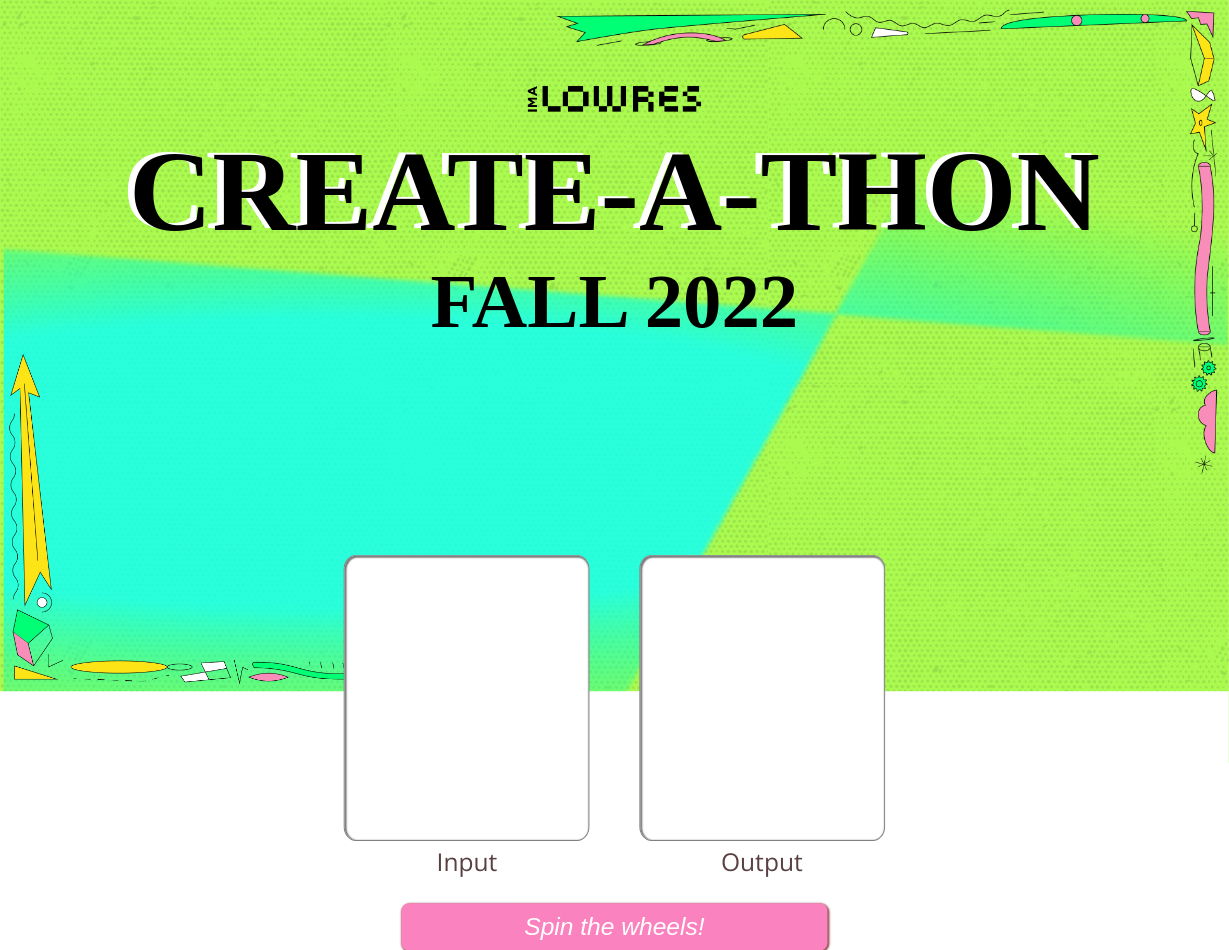
Repository: fakebrianho/IMA-Low-Res-Create-Athon-2022
Page: docs/project-generator/index.html
An editor plug-in stored every save of this project. The page is shown before and after the next save, followed by the edit.
The browser window is 1280 px wide. The pictures show the whole page, at 96% of full size.

Above is the page before, as saved 2022-10-26 23:26:52.
Not found: docs/project-generator/fonts/BildVariableV3-VF.woff
Not found: docs/project-generator/fonts/BildVariableV3-VF.woff2
Not found: docs/project-generator/libraries/p5.dom.js

### docs/project-generator/index.html
<!DOCTYPE html>
<html>

<head>
  <script src="libraries/p5.js"></script>
  <script src="libraries/p5.dom.js"></script>
  <script src="libraries/p5.sound.js"></script>
  <link
    href="https://fonts.googleapis.com/css2?family=Open+Sans:ital,wght@0,300;0,400;0,600;0,700;0,800;1,300;1,400;1,600;1,700;1,800&display=swap"
    rel="stylesheet">
  <link rel="stylesheet" type="text/css" href="style.css">
  <meta charset="utf-8">
  <title>Create-Athon Project Generator</title>
</head>

<body>
  <header>

  </header>

  <section>
    <div id='center-container'>
      <img src="image/lowres_logo_black.png" style="max-width: 200px">
      <h1>Create-a-Thon</h1>
      <h2>Fall 2022</h2>
    </div>
    <div id="wheel-container">

      <div class="prompt" id="input-prompt">
        <div class="changing-segment">
          <div id="inputs">
          </div>
        </div>
        <div class="prompt-label" id="input-label">Input</div>
      </div>

      <div class="prompt" id="output-prompt">
        <div class="changing-segment">
          <div id="outputs">
          </div>
        </div>
        <div class="prompt-label" id="output-label">Output</div>
      </div>

    </div>

    <div id="button-container">
      <button> Spin the wheels! </button>
    </div>

  </section>

  <script src="sketch.js"></script>
  <script src="wheel.js"></script>

</body>

</html>

### docs/project-generator/style.css
@font-face {
	src: url('fonts/BildVariableV3-VF.woff2') format('woff2-variations'),
		url('fonts/BildVariableV3-VF.woff') format('woff');
	font-family: 'Bild Variable V3 Web';
	font-weight: 700 900;
	font-style: normal;
}

html,
body {
	margin: 0;
	padding: 0;
	width: 100%;
	height: 100%;
	box-sizing: border-box;
	font-family: 'Open Sans', sans-serif;
}

section {
	width: 100%;
	height: 100%;
	position: absolute;
	background: url(image/bg_border-top.png), url(image/bg_border-bottom.png),
		url(image/bg_gradient.png), url(image/bg_texture.png), #aafa50;
	background-repeat: no-repeat, no-repeat, no-repeat, repeat;
	background-size: auto 70vh, auto 50vh, 100vw 120vh, 800px auto;
	background-position: right top, left 50vh, left 25vh, 0 0;
}

div {
	text-align: center;
}

h1 {
	font-family: 'Bild Variable V3 Web';
	font-size: 120px;
	font-weight: 900;
	hyphens: true;
	font-synthesis: none;
	text-transform: uppercase;
	text-shadow: -7px -3px #ffffff;
	margin: 0;
	font-variation-settings: 'wdth' 60;
}

h2 {
	font-family: 'Bild Variable V3 Web';
	font-size: 80px;
	font-weight: 700;
	hyphens: true;
	font-synthesis: none;
	margin: 0;
	text-transform: uppercase;
	font-variation-settings: 'wdth' 100;
}
#center-container {
	margin-top: 80px;
}

p {
	position: relative;
	overflow: hidden;
	overflow-x: auto;
}

#wheel-container {
	display: flex;
	justify-content: center;
	margin-top: 15%;
	overflow: hidden;
}

.prompt {
	display: flex;
	flex-direction: column;
	width: 20%;
	padding: 2%;
	text-align: center;
	overflow: hidden;
}

.changing-segment {
	box-shadow: 1px 1px 1.5px 1px #777 inset;
	border-radius: 5%;
	border-style: groove;
	border-color: gray;
	border-width: 1px;
	position: relative;
	overflow: none;
	background-color: #fff;
	color: black;
	height: 17rem;
	padding: 1rem 0 0.5rem 0;
	font-size: 1.2rem;
	line-height: 1.55rem;
}

#inputs,
#outputs {
	padding: 5%;
}

.prompt-label {
	color: #594042;
	margin-top: 0.3rem;
	font-size: 1.6rem;
}

#button-container {
	margin-top: 0%;
	text-align: center;
}

button {
	background: #fa82be;
	/* background: #96c8dc; */
	cursor: pointer;
	box-shadow: 1px 1px 2px 1px rgb(148, 79, 79);
	color: white;
	border-width: 0px;
	border-radius: 0.5rem;
	padding: 0.8% 10% 0.8% 10%;
	font-size: 1.6rem;
	font-weight: 400;
	font-style: italic;
}

### docs/presentation-order/sketch.js
let spinButton;
let data;
let inputWheel, outputWheel;
let clickSound, endSound, gameShow;
let isSpinning = false;
let resourcesAvailable = false;

function preload() {
  data = loadJSON('data/generator.json');
  //sounds are public domain
  clickSound = loadSound('sound/faded_sine.mp3');
  endSound = loadSound('sound/Electronic_Chime-KevanGC-495939803.mp3');
  // maybe not this sound?
  gameShow = loadSound('sound/gameshow_short.mp3');
}

function windowResized(){
  resizeCanvas(windowWidth, windowHeight);
}

function setup() {
  frameRate(60);

  clickSound.setVolume(0.4);
  gameShow.setVolume(0.5);

  inputWheel = new Wheel(
    '#inputs',
    data.input
  );
  outputWheel = new Wheel(
    '#outputs',
    data.output
  );

  spinButton = select('button');
  spinButton.mouseClicked(startSpin);
}

function draw() {

  // workaround, see line 69
  // if (inputWheel.spin) {
  //   // inputWheel.move();
  // }
  if (outputWheel.spin) {
    outputWheel.move();
  }

  if(isSpinning){
    if(inputWheel.difference == 0 && outputWheel.difference == 0){
      endSound.play();
      setTimeout(() => {  gameShow.play(); }, 100);
      isSpinning = false;
    }
  }

}

function startSpin(

  clickEvent,
  targetInput = floor(random(data.input.length)),
  targetOutput = floor(random(data.output.length)),

) {
  isSpinning = true;

  // inputWheel.target = targetInput; // not the target that displays!!
  // inputWheel.spin = true;
  inputWheel.update(targetInput);
  // inputWheel.resetAriaHidden();

  outputWheel.target = targetOutput;
  outputWheel.spin = true;
  outputWheel.resetAriaHidden();

  // console.log(
  //   'make a something where the input is ' +
  //     data.input[targetInput] +
  //     ' and an output is ' +
  //     data.output[targetOutput]
  // );

  // remove data from array here
  console.log(data.input[targetInput]);
  data.input.splice(targetInput, 1);
  console.log(data.input);
}

### docs/project-generator/wheel.js
class Wheel {
    constructor(parentID, data, count = 5, startIndex = 0) {
        this.count = count;
        this.data = data;
        this.numOfCycles = Math.floor(random(2,4));
        this.startIndex = startIndex;
        this.currentIndex = this.startIndex - this.data.length*this.numOfCycles;
        this.parentID = parentID;
        this.elements = [];
        this.position = [];
        this.target = startIndex;
        this.speed = 5;
        this.difference = 0;

        for (let i = 0; i < this.count; i++) {
            this.elements[i] = createP(this.data[(this.startIndex + i - floor(this.count / 2)) % this.data.length]);
            this.elements[i].parent(this.parentID);
            this.elements[i].attribute('aria-hidden', true);
            this.elements[i].style('color', rgbToHex(int(random(120)), int(random(120)), int(random(120))));
            this.position[i] = this.elements[i].position();
            if (i == floor(this.count / 2)) {
                this.elements[i].attribute('aria-hidden', false);
            } else {
                this.elements[i].style('visibility', 'hidden');
            }
        }
        // this feels hacky?
        this.startTop = this.position[0].y;
        this.currTop = parseInt(this.elements[0].style('top'));
        this.distanceBetweenElements = this.position[1].y - this.position[0].y;

        this.spin = false;
    }

    resetAriaHidden() {
        for (let i = 0; i < this.count; i++) {
            this.elements[i].attribute('aria-hidden', true);
            this.elements[i].style('visibility', 'visible');
        }
    }
    move() {
        this.currTop -= this.speed;

        this.difference = int(this.target) - int(this.currentIndex);
        this.speed = 60 * abs((this.difference) % (this.data.length*this.numOfCycles*2)) / (this.data.length*this.numOfCycles*2);

        // console.log(this.data[this.target],this.target, this.currentIndex, this.difference, (this.data.length*this.numOfCycles), this.speed);
        if (this.currTop < -this.distanceBetweenElements / 2) {
            clickSound.play();
            this.currentIndex++;
            this.startIndex = this.currentIndex + this.data.length*this.numOfCycles;
            this.startIndex %= this.data.length;
            this.elements[0].remove();
            this.currTop = 0;
            this.elements.splice(0, 1);
            this.elements.push(createP(this.data[(this.data.length + this.startIndex + floor(this.count / 2)) % this.data.length]));
            this.elements[this.elements.length - 1].parent(this.parentID);
            this.elements[this.elements.length - 1].attribute('aria-hidden', true);
            this.elements[this.elements.length - 1].style('color', rgbToHex(int(random(120)), int(random(120)), int(random(120))));
        }
        for (let i = 0; i < this.elements.length; i++) {
            this.elements[i].style('top', this.currTop + 'px');
        }
          if (this.difference == 0) {
            this.spin = false;
            this.numOfCycles = floor(random(2,5));
            this.currentIndex = this.startIndex - this.data.length*this.numOfCycles;
            for (let i = 0; i < this.elements.length; i++) {
                if (i == floor(this.elements.length / 2)) {
                    this.elements[i].attribute('aria-hidden', false);
                    this.elements[i].addClass('wrap');
                } else {
                    this.elements[i].style('visibility', 'hidden');
                }
            }
        }
    }
}

function componentToHex(c) {
    var hex = c.toString(16);
    return hex.length == 1 ? "0" + hex : hex;
}

function rgbToHex(r, g, b) {
    return "#" + componentToHex(r) + componentToHex(g) + componentToHex(b);
}

After the next save:
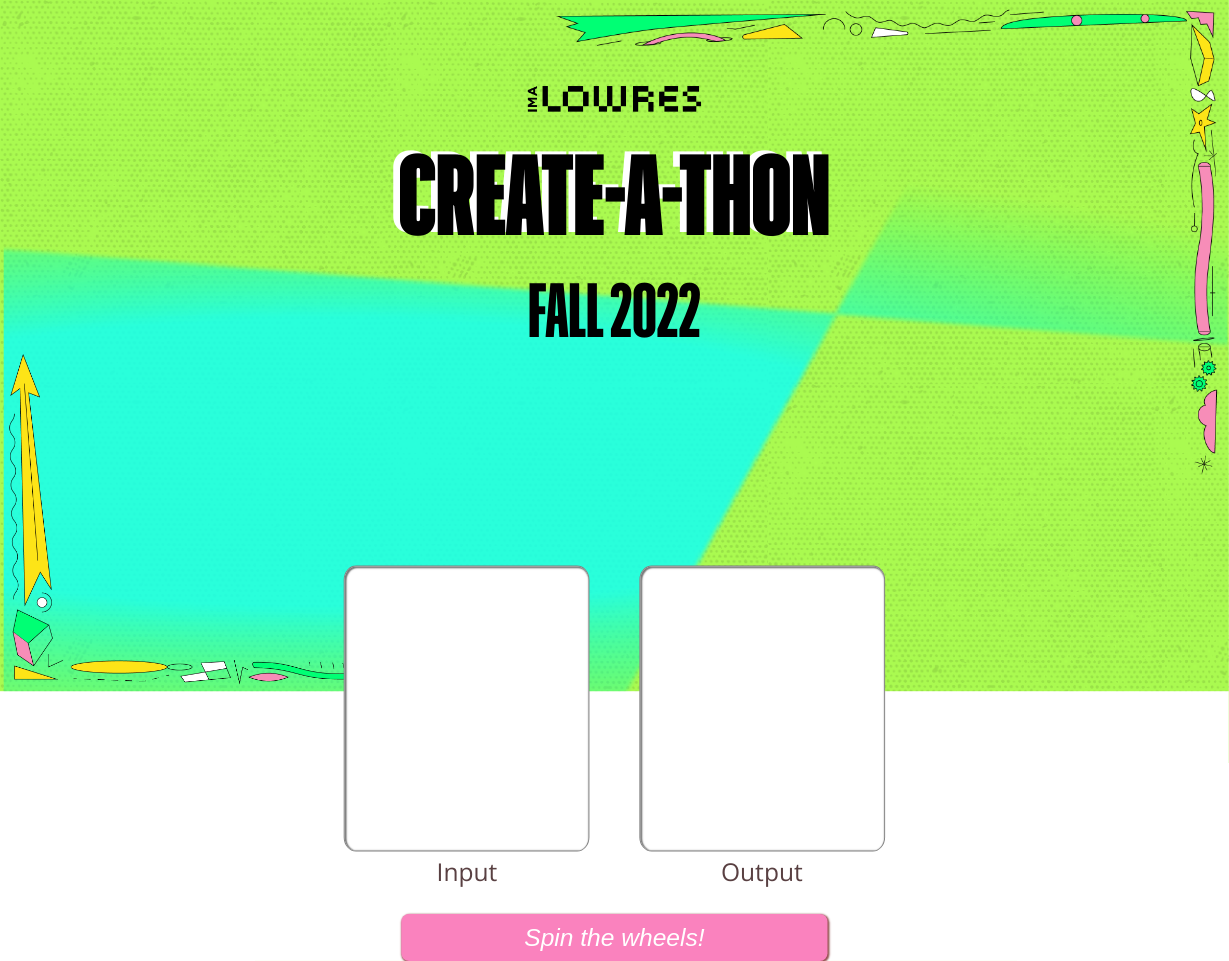
Saved 18 s later.
--- a/docs/project-generator/style.css
+++ b/docs/project-generator/style.css
@@ -1,6 +1,6 @@
 @font-face {
-	src: url('fonts/BildVariableV3-VF.woff2') format('woff2-variations'),
-		url('fonts/BildVariableV3-VF.woff') format('woff');
+	src: url('font/BildVariableV3-VF.woff2') format('woff2-variations'),
+		url('font/BildVariableV3-VF.woff') format('woff');
 	font-family: 'Bild Variable V3 Web';
 	font-weight: 700 900;
 	font-style: normal;
